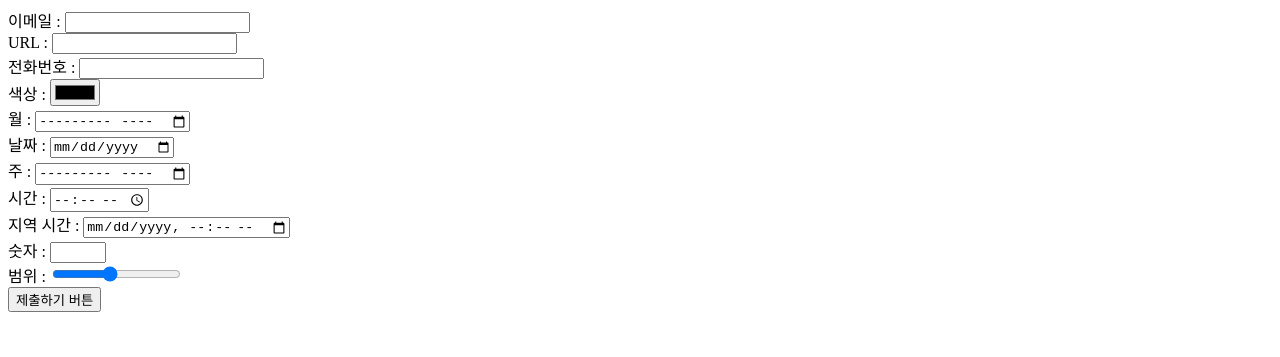
Repository: dhbaek2004/JSPex
Page: http://localhost/UX/InputForm.jsp
The author's editor kept a copy of each file at every save. The page is drawn from the files as they stood at one save, then again after the next save.
The browser window is 1280 px wide. The pictures show the whole page.
The page is served by Tomcat 9.

Above is the page before, as saved 2020-08-26 14:53:57.

### Infrearn/UX/UX/WebContent/InputForm.jsp
<%@ page language="java" contentType="text/html; charset=EUC-KR"
    pageEncoding="EUC-KR"%>
<!DOCTYPE html>
<html>
<head>
<meta charset="EUC-KR">
<title>Insert title here</title>
</head>
<body>
	<form action="input.jsp" method="post">
		<div style="border:s3px solid red;">
			이메일 : <input type="email" name="email"> <br>
			URL : <input type="url" name="url"> <br>
			전화번호 : <input type="tel" name="tel"> <br>
			색상 : <input type="color" name="color"> <br>
			월 : <input type="month" name="month"> <br>
			날짜 : <input type="date" name="date"> <br>
			주 : <input type="month" name="week"> <br>
			시간 : <input type="time" name="time"> <br>
			지역 시간 : <input type="datetime-local" name="localdatetime"> <br>
			숫자 : <input type="number" name="number" min="1" max="10" step="2"> <br>
			범위 : <input type="range" name="range" min="1" max="10" step="2"> <br>

			<input type="submit" value="제출하기 버튼" name="button1">
		</div>


	</form>

</body>
</html>

After the next save:
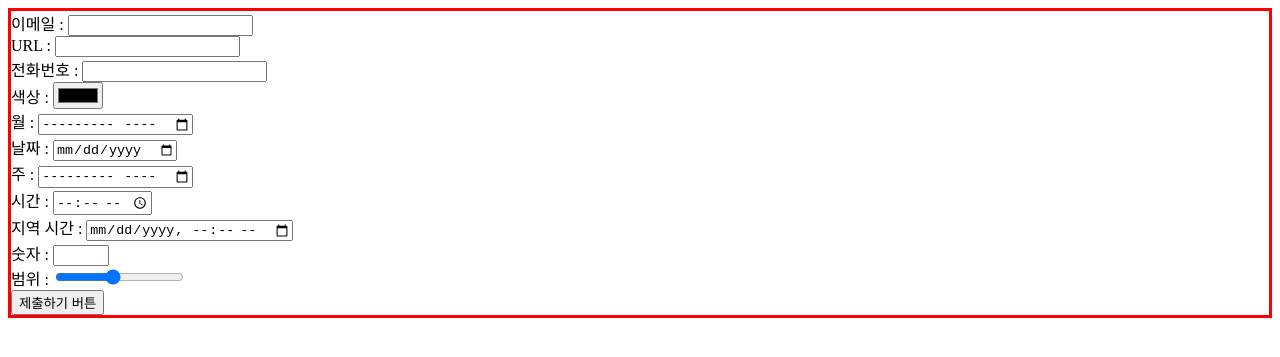
Saved 12 s later.
--- a/Infrearn/UX/UX/WebContent/InputForm.jsp
+++ b/Infrearn/UX/UX/WebContent/InputForm.jsp
@@ -8,7 +8,7 @@
 </head>
 <body>
 	<form action="input.jsp" method="post">
-		<div style="border:s3px solid red;">
+		<div style="border:3px solid red;">
 			이메일 : <input type="email" name="email"> <br>
 			URL : <input type="url" name="url"> <br>
 			전화번호 : <input type="tel" name="tel"> <br>
